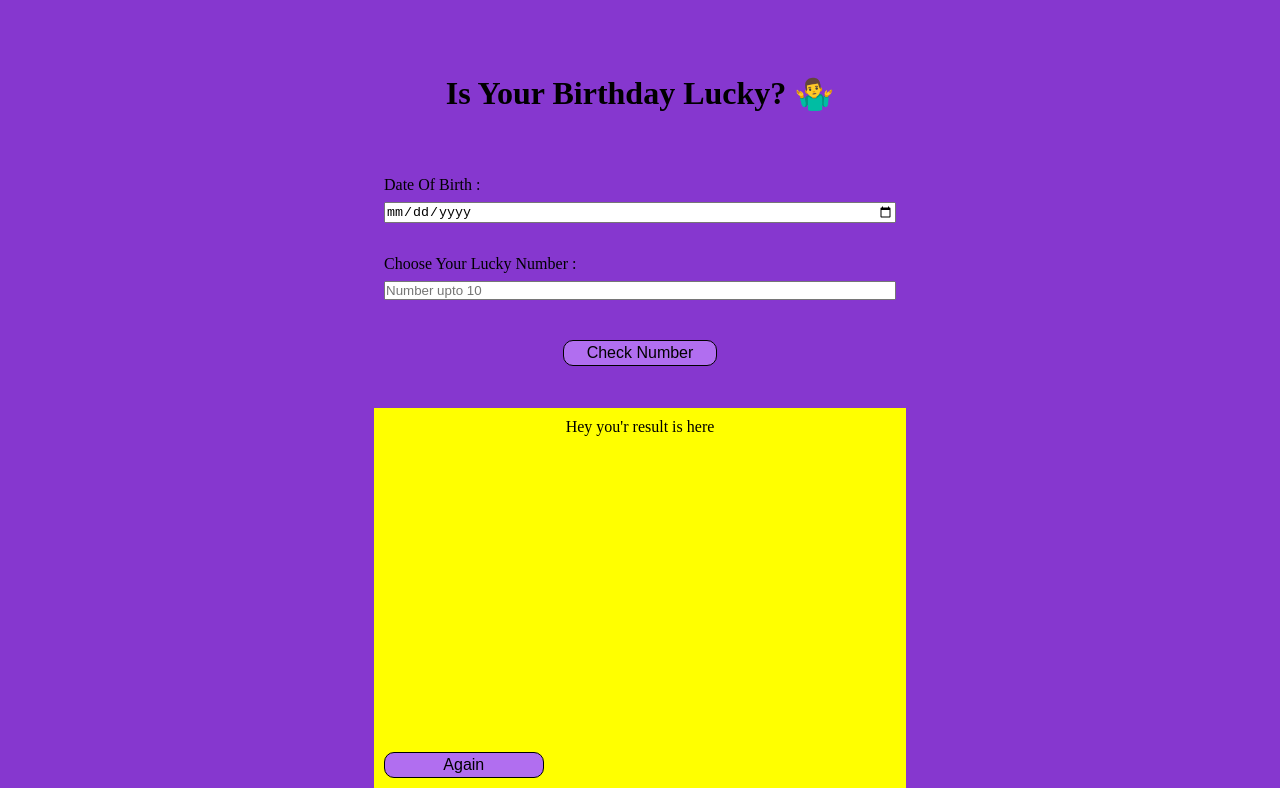
Repository: patelamancode/Lucky-Birthday-App
Page: index.html
The author's editor kept a copy of each file at every save. The page is drawn from the files as they stood at one save, then again after the next save.
The browser window is 1280 px wide. The pictures show the whole page.

Above is the page before, as saved 2022-11-23 15:18:04.

### index.html
<!DOCTYPE html>
<html lang="en">
<head>
    <meta charset="UTF-8">
    <meta http-equiv="X-UA-Compatible" content="IE=edge">
    <meta name="viewport" content="width=device-width, initial-scale=1.0">
    <link rel="stylesheet" href="index.css">
    <title>Is your birthday lucky</title>
</head>
<body>
    <div id="main-container">
        <h1 class="app-title">Is Your Birthday Lucky? 🤷‍♂️</h1>
        <label for="date-of-birth" class="dob">Date Of Birth :</label>
        <input type="date" id="selected-dob">
        <label for="lucky-number" class="favourite-number">Choose Your Lucky Number :</label>
        <input type="number" class="user-number" placeholder="Number upto 10">
        <button id="check-btn">Check Number</button>
    </div>
    <div id="graphic-container">
        <p id="final-result">Hey you'r result is here</p>
        <button id="back-btn">Again</button>
    </div>
    <script src="index.js"></script>
</body>
</html>

### index.css
*{
    margin: 0;
    padding: 0;
}
 body{
    background-color: rgb(134, 55, 207);
 }

 #main-container {
    display: flex;
    flex-direction: column;
    width: 40vw;
    margin: auto;
    margin-top: 2rem;
    padding: 10px;
    text-align: center;
 }

 .app-title{
    margin: 2rem 0;
 }
 label{
    width: auto;
    text-align: left;
    margin-top: 2rem;
    margin-bottom: 0.5rem;
 }
 /* input{
    -webkit-appearance: none;
    box-shadow: none !important;
 } */
 button{
    margin: auto;
    margin-top: 2.5rem;
    width: 30%;
    padding: 3px;
    font-size: 1rem;
    font-weight: 500;
    border: 1px solid;
    background-color: rgb(177, 110, 240);
    border-radius: 10px;
 }

/* change in display to flex from none */
 #graphic-container{
    display: flex;
    flex-direction: column;
    width: 40vw;
    height: 50vh;
    margin: auto;
    margin-top: 2rem;
    padding: 10px;
    text-align: center;
    background-color: yellow;
    position: relative;

 }

 #back-btn{
   position: absolute;
   bottom: 10px;
 }

### index.js
const checkButton = document.querySelector('#check-btn');
const appContent = document.querySelector('#main-container');
const userBirthDate = document.querySelector('#selected-dob');
const luckyNumber = document.querySelector('.user-number');
const graphicDisplay = document.querySelector('#graphic-container');
const backButton = document.querySelector('#back-btn');



function showResult() {
    hideContent();
    graphicDisplay.style.display = "flex";
};

function hideContent() {
    appContent.style.display = "none";
};


function specialDateIs() {
    let value = userBirthDate.value.split("-");
    var sum = 0;
    for (let i = 0; i < value.length; i++) {
        sum += parseInt(value[i]);
    }
    console.log(sum);
    if (sum % luckyNumber.value == 0) {
        console.log("you have a special birthdate")
    } else console.log("Opps your birthdate is normal");

};


checkButton.addEventListener('click', function() {
    specialDateIs();
    showResult();
    console.log(value);
});

backButton.addEventListener('click',function(){
    appContent.style.display = "flex";
    graphicDisplay.style.display = "none"
    window.location.reload();
});

After the next save:
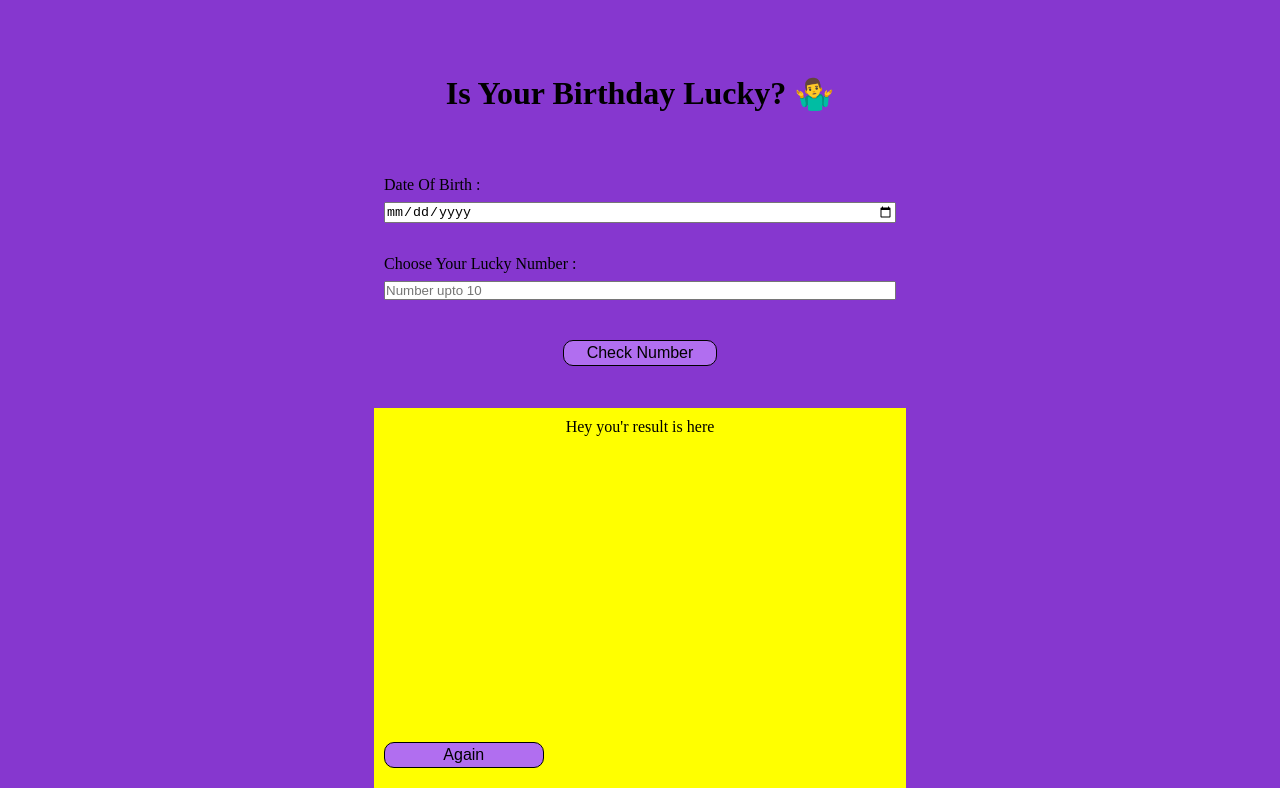
Saved 9 s later.
--- a/index.css
+++ b/index.css
@@ -58,5 +58,5 @@
 
  #back-btn{
    position: absolute;
-   bottom: 10px;
+   bottom: 20px;
  }
